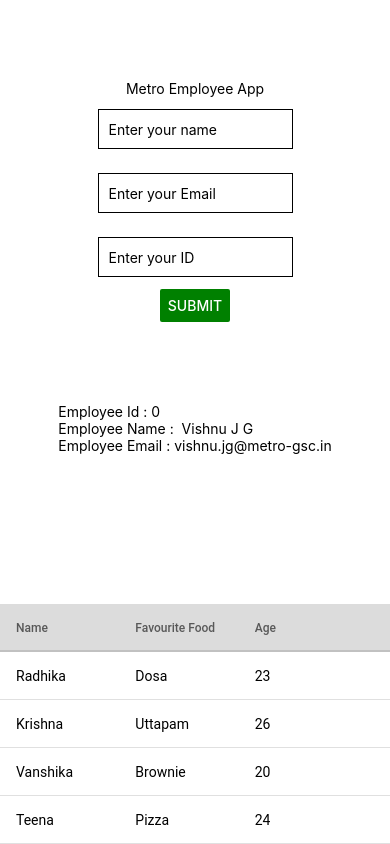
Repository: VishnuJG/Metro-Employee-App
Screen: /
These files come from the project's save history. The screen is drawn as it stood at one moment and after a run of saves; the edit follows.
The app was drawn by React Native's web renderer in a window 390 px wide. The project was rebuilt for these pictures with package versions that can differ from the ones it lists, and the page was loaded fresh each time.

Above is the screen before, as saved 2022-06-28 14:37:45.

After the next 3 saves:
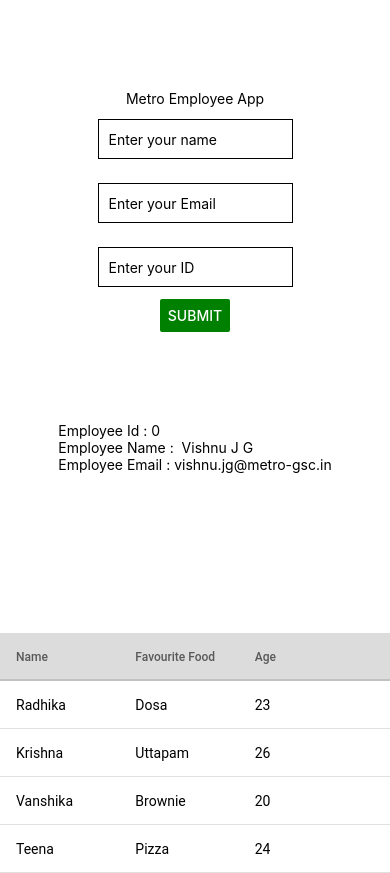
The 3 saves are shown as one change because they came seconds apart.
The last was saved 8 s later.
--- a/App.js
+++ b/App.js
@@ -69,7 +69,7 @@
         <View style={{flex:0.5, flexDirection: 'column'}}>
         {emp.map((newid)=>(<Task key={newid.id} ename={newid.name} eid={newid.id} eemail={newid.email}/>))}
         </View>
-        <DataTable style={{}}>
+        <DataTable style={{flex:0.5}}>
           <DataTable.Header style={styles.tableHeader}>
             <DataTable.Title>Name</DataTable.Title>
             <DataTable.Title>Favourite Food</DataTable.Title>

After the save that followed:
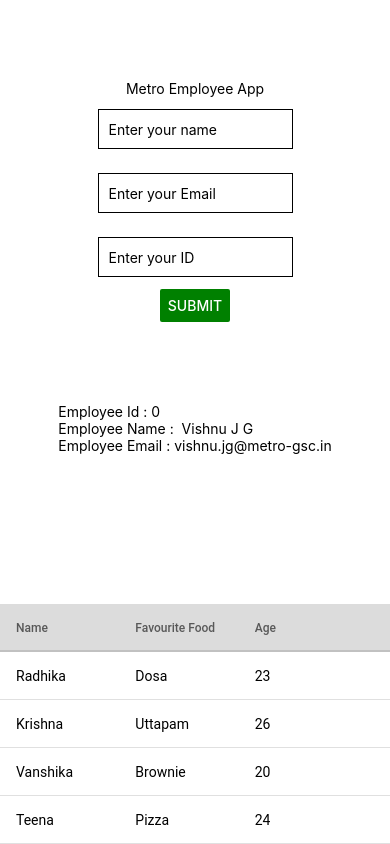
Saved 60 s later.
--- a/App.js
+++ b/App.js
@@ -69,7 +69,7 @@
         <View style={{flex:0.5, flexDirection: 'column'}}>
         {emp.map((newid)=>(<Task key={newid.id} ename={newid.name} eid={newid.id} eemail={newid.email}/>))}
         </View>
-        <DataTable style={{flex:0.5}}>
+        <DataTable >
           <DataTable.Header style={styles.tableHeader}>
             <DataTable.Title>Name</DataTable.Title>
             <DataTable.Title>Favourite Food</DataTable.Title>
